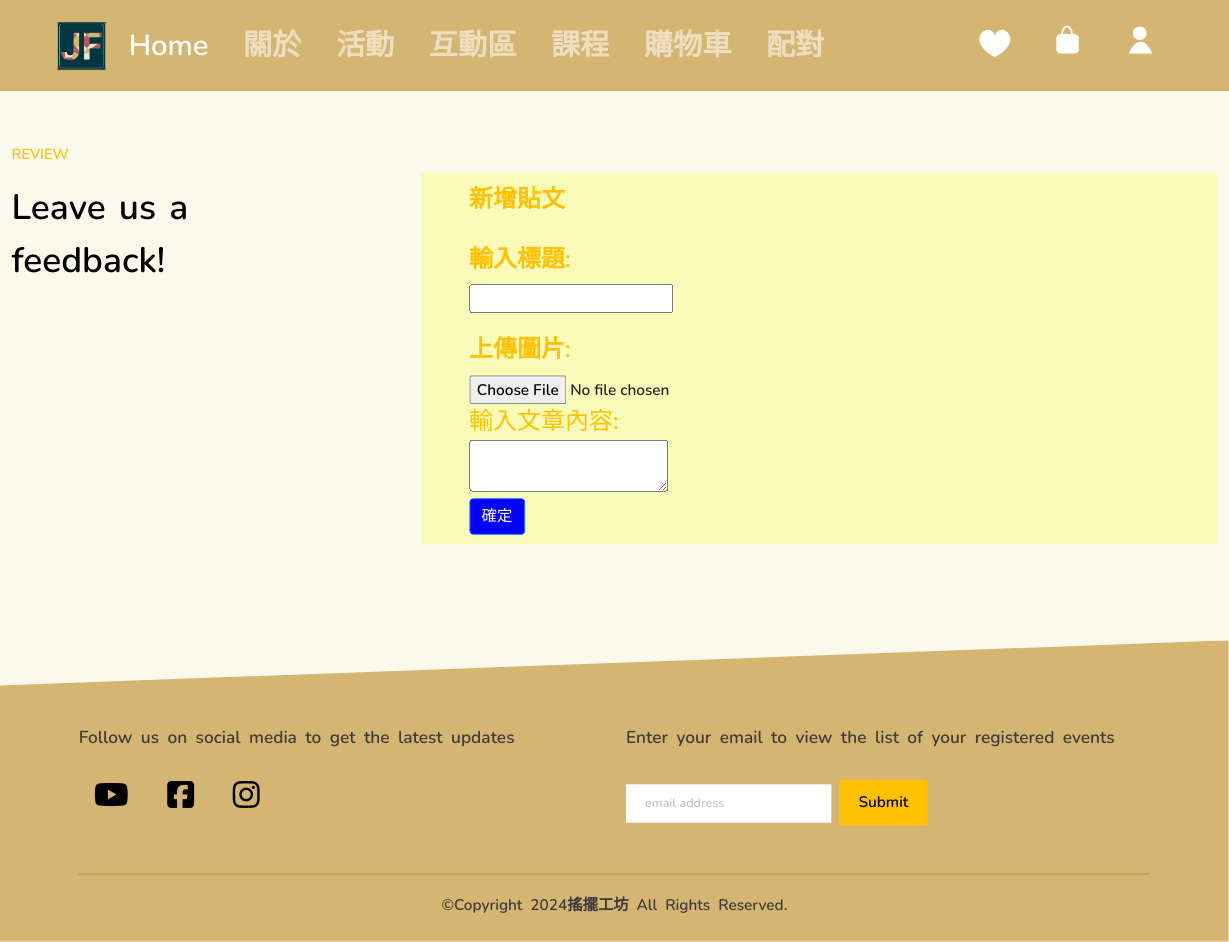
Repository: mmmooonnn0211/project
Page: workspace/demoSpringBoot-1/src/main/resources/static/html/LTInsertFront.html
The author's editor kept a copy of each file at every save. The page is drawn from the files as they stood at one save, then again after the next save.
The browser window is 1280 px wide. The pictures show the whole page, at 96% of full size.
Some web libraries are served in a nearby version.

Above is the page before, as saved 2024-05-09 11:30:15.
Console error: SyntaxError: Unexpected identifier 'tsByName'

### workspace/demoSpringBoot-1/src/main/resources/static/html/LTInsertFront.html
<!DOCTYPE html>
<html lang="en">

<head>
	<meta charset="UTF-8">
	<meta name="viewport" content="width=device-width, initial-scale=1.0">
	<style>
		.main {
			min-height: 55vh;
			/* 让 .slant 至少占据整个视口高度 */

		}
	</style>
	<!-- Bootstrap CSS -->
	<link href="https://cdn.jsdelivr.net/npm/bootstrap@5.0.0-beta3/dist/css/bootstrap.min.css" rel="stylesheet"
		integrity="sha384-eOJMYsd53ii+scO/bJGFsiCZc+5NDVN2yr8+0RDqr0Ql0h+rP48ckxlpbzKgwra6" crossorigin="anonymous">
	<script src="https://kit.fontawesome.com/4287c80df9.js" crossorigin="anonymous"></script>

	<!--Google Font : Nunito-->
	<link rel="preconnect" href="https://fonts.gstatic.com">
	<link href="https://fonts.googleapis.com/css2?family=Nunito:wght@600&display=swap" rel="stylesheet">

	<!-- For style(All CSS content) -->
	<link rel="stylesheet" type="text/css" href="../styles/home.css" />
	<link rel="stylesheet" type="text/css" href="../styles/footer.css" />
	<link rel="stylesheet" type="text/css" href="../styles/navbar.css" />
	<link rel="icon" href="images/favicon.ico">

	<!-- JS Bundle for BS  -->
	<script src="https://cdn.jsdelivr.net/npm/popper.js@1.16.1/dist/umd/popper.min.js"
		integrity="sha384-9/reFTGAW83EW2RDu2S0VKaIzap3H66lZH81PoYlFhbGU+6BZp6G7niu735Sk7lN" crossorigin="anonymous">
		</script>

</head>


<body>



	</div>
	<!-- <section> -->
	<div class="main">
		<form method="post" action=" /LTinsertFront.controller" enctype="multipart/form-data"
			onsubmit="return validateForm();">
			<div class="container-fluid" style="margin-top: 150px;">
				<div class="row" style="margin-bottom: 100px; margin-top: 100px;">
					<div class="col-md-4" style="text-align: left;">
						<p class="review">REVIEW</p>
						<p class="feedback">Leave us a <br>feedback!</p>
					</div>
					<div class="col-sm-8">
						<div class="container" id="cards" style="  background-color:rgb(250, 250, 185)">
							<div class="" style="margin: auto;">
								<div id="sugg" class="neon-yellow" style="font-weight: bold; font-size: 25px; ">新增貼文
								</div>
								<br>
								<div id="text" class="neon-yellow" style=" font-size: 25px;">輸入標題:
								</div>
								<div style="height:50px; ">
									<input id="title" name="title" style="width: auto;" ; />
								</div>
								<div id="text" class="neon-yellow" style="font-weight: bold; font-size: 25px;">上傳圖片:
								</div>
								<input type="file" id="picture" name="picture" />

								<div id="picture" class="neon-yellow" style="font-size:25px; ">
									輸入文章內容:
								</div>
								<textarea id="content" name="content"></textarea>

								<div>
									<button type="submit" class="btn btn-primary"
										style="background-color:blue">確定</button>
								</div>
							</div>
						</div>
					</div>
				</div>
			</div>
		</form>
		<div class="container text-center">

		</div>
	</div>



	<div align="center"></div>
	<div class="container">
	</div>
	<script>
		function validateForm() {
			var replypostInput = document.getElementsByName('replypost')[0].value.trim();
			var userIdInput = document.getElemen tsByName('userId')[0].value.trim();
			var LTIdInput = document.getElementsByName('LTId')[0].value.trim();

			if (replypostInput === '' || userIdInput === '' || LTIdInput === '') {
				Swal.fire({
					icon: 'warning',
					title: '請輸入完整資訊😒',
					showConfirmButton: false,
					timer: 1500
				});
				return false;
			}
			return true;
		}
	</script>

	<script>

		fetch('basic.html')
			.then(response => response.text())
			.then(html => {
				document.body.innerHTML += html;
			});

	</script>
	<script type="text/javascript" charset="utf8"
		src="https://cdn.datatables.net/1.11.5/js/jquery.dataTables.js"></script>
	<script src="https://cdn.jsdelivr.net/npm/bootstrap@5.0.0-beta3/dist/js/bootstrap.bundle.min.js"
		integrity="sha384-JEW9xMcG8R+pH31jmWH6WWP0WintQrMb4s7ZOdauHnUtxwoG2vI5DkLtS3qm9Ekf" crossorigin="anonymous">
		</script>

</body>

</html>

### workspace/demoSpringBoot-1/src/main/resources/static/styles/home.css
/* hiding vertical scroll bar from every page */
::-webkit-scrollbar {
  width: 0 !important
}




body {
  font-family: 'Nunito', sans-serif;
  background-color: #FBF8EC;
  word-spacing: 0.25rem;
}

::selection {
  color: black;
  background: #ffc100;
}

::placeholder {
  color: rgb(202, 192, 192);
}

.neon-yellow {
  color: #ffc100;
}

.working-heading {
  font-size: 2.3rem;
  font-weight: bold;
  color: black;
}


.date-style {
  font-weight: 850;
  padding: 0 0 0.3rem 0;
}

.sub-heading {
  font-size: 1.5rem;
  font-weight: 1000;
  padding: 0 0 0.3rem 0;
}

.small-subtext {
  color: black;
  font-weight: 700;
  font-size: 1rem;
}

.process-heading {
  font-weight: 1000;
  font-size: 0.95rem;
}

.eng,
.feedback,
.some {
  font-size: 2.3rem;
  font-weight: 1000;
  color: black;
}

.center-line {
  border-left: 0.58rem solid #ffc100;
  height: 110%;
  position: absolute;
  top: 0%;
  left: 0%;
}

.padding-for-mobile {
  padding: 0 1rem 2rem 4rem;
  text-align: left;
  /*background-color:  white;*/
}

.stickyy-corner {
  position: -webkit-sticky;
  position: sticky;
  top: 0;
}

.timeline-left-style {
  color: black;
  text-align: right;
  padding: 0 4rem 0 5.2rem;
}

.timeline-right-style {
  color: black;
  text-align: left;
  position: relative;
  padding: 0 5.2rem 0 4rem;
  overflow-y: hidden;
}

.d-block {
  margin-top: 2%;
  border-radius: 7px;
  border: 3px solid rgb(245, 241, 241);
  width: 100%;
}

.chess,
.review,
.event {
  color: #ffc100;
  font-weight: 850;
  font-size: 0.95rem;
}


#text {
  font-weight: 850;
  font-size: 0.75rem;
  margin-bottom: 7px;
}

#sugg {
  font-size: 1.5rem;
  font-weight: 1000;
}

#btn {
  background-color: #ffc100;
  color: rgb(0, 0, 0);
  padding: 10px 20px;
  text-align: center;
  border: none;
  border-radius: 3px;
  display: block;
  margin: auto;
  margin-top: 15px;
  font-weight: bold;
}


#box,
#msg {
  background-color: #DDDDDD;
  border-radius: 3.5px;
  border: none;
  margin-bottom: 12px;
  width: 100%;
}

#msg {
  height: 120px;
}

#box {
  height: 35px;
}

#spon {
  color: black;
  margin-top: 60px;
  display: flex;
  justify-content: space-evenly;
  align-items: center;
  font-weight: bold;
  margin-bottom: 20px;
}

.image {
  height: 100px;
}

.image3 {
  height: 250px;
  overflow-y: hidden;
}

.pic1,
.pic2 {
  font-weight: bold;
  font-size: medium;
}

.pic1 {
  margin-top: 20px;
}

.column {
  display: flex;
  flex-direction: column;
  justify-content: space-evenly;
  align-items: center;
}

.columns {
  display: flex;
  flex-direction: column;
  justify-content: center;
  align-items: flex-start;
}

.pic2 {
  color: gray;
  font-size: small;
}

.event,
.some,
.last,
.pic,
.pic1,
.pic2 {
  display: flex;
  justify-content: space-evenly;
  align-items: center;
}

.subhead {
  color: black;
  font-size: 3rem;
  overflow-y: hidden;
}

.active {
  color: #ffc100;
}

.active:hover {
  color: #ffc100;
}

p {
  color: black;
}

.title-img {
  width: 25%;
  margin-left: 8%;
  transform: rotate(10deg);
}

.hover {
  color: #ffc100;
}

.title-img3 {
  width: 25%;
  transform: rotate(-10deg);
}

.title-img2 {
  width: 35%;
  padding-right: 5%;
  padding-left: 5%;


}

.carousel-img-styles {
  border: 0.13rem solid black;
  border-radius: 1rem;
}

h1 {
  font-size: 5rem;
  line-height: 1.5;
  font-weight: 900;
}

#title {
  margin-bottom: 11rem;
}

.col-lg-3 {
  padding-left: 3rem;
}

.ex-btn {
  margin-top: 2.5rem;
  margin-bottom: 30px;
}

.carousel-container {
  width: 55%;
}

#cards {
  padding: 10px 50px;
}

.card {
  background-color: black;
  border-radius: 10px;
  /* display: block;
    margin: auto;
    font: 16px;
    width:55%; */
  padding: 30px 20px;

}

@media only screen and (max-width: 767px) {
  .small-subtext {
    font-size: 0.8rem;
  }

  .padding-for-mobile {
    padding: 0 0 4rem 2rem;
  }

  /*
  .sticky-corner {
    position: static;
  }
  */
  #cards {
    padding: 0px 20px;
  }


  .sub-heading {
    font-size: 1.3rem;
  }

  .process-heading {
    font-size: 0.85rem;
  }

  .working-heading {
    font-size: 1.5rem;
  }

  .timeline-left-style {
    padding: 0 2.5rem 0 3rem;
  }

  .timeline-right-style {
    padding: 0 3rem 0 2.5rem;
  }

  #spon {
    font-size: 1.5rem;
  }

  .some,
  .eng,
  .feedback {
    font-size: 1.5rem;
  }

  .card {
    width: 100%;
  }

  .pic {
    flex-direction: column;
  }

  .carousel-container {
    width: 85%;
  }
}

@media only screen and (max-width: 575px) {

  .title-img,
  .title-img3 {
    display: none;
  }

  .title-img2 {
    display: block;
    margin: auto;
    width: 100%;
    padding: 50px;
  }
}

@media only screen and (max-width: 375px) {


  .date-style {
    font-size: 0.8rem;
  }

  .sub-heading {
    font-size: 0.9rem;
  }

  .small-subtext {
    font-size: 0.7rem;
  }

  .timeline-left-style {
    padding: 0 1.6rem 0 2rem;
  }

  .timeline-right-style {
    padding: 0 2rem 0 2rem;
  }
}

### workspace/demoSpringBoot-1/src/main/resources/static/styles/footer.css
/*
hiding vertical scroll bar from every page
*/
::-webkit-scrollbar {
    width: 0 !important
}




.slant {
    /* width: 110%;
    background-color: #DDDDDD;
    transform: rotate(-3deg);
    height: 100px; */
    clip-path: polygon(0 15%, 100% 0, 100% 100%, 0 100%);
  }

  .container{
    margin-top: 30px;
  }

  .left, .right {
    font-size: large;
    font-weight: bold;
    margin-top: 50px;
    color: rgb(61, 59, 59);
    margin-bottom: 30px;
  }

  .below {
    background-color:#D4B572;
    position: relative;
    padding-top: 8px;
    padding-bottom: 6px;
    width: 100%;
    height: 100%;
  }

  #mail {
    border: none;
    height: 30px;
    padding: 20px;
    font-size: small;
    font-weight: bold;
  }

  #bttn {
    background-color: #ffc100;
    color: black;
    padding: 12px 20px;
    text-align: center;
    border: none;
    border-radius: 3px;
    font-weight: bold;
  }


  .fa-youtube:hover{
    color: rgb(230, 59, 59);
    transition: 0.5s;
  }

  .fa-twitter:hover, .fa-facebook-square:hover{
    color: rgba(18, 212, 212, 0.596);
    transition: 0.5s;
  }

  .fa-instagram:hover{
    color: rgb(218, 30, 61);
    transition: 0.5s;
  }

  .fa-github{
    color: rgb(43, 36, 36);
    transition: 0.5s;
  }

  .fab {
    padding: 0 1rem 0 1rem;
    font-size: 2rem;
    color: black;
  }

  .last {
    font-weight: 900;
    color: rgb(61, 59, 59);
    margin: 20px;
    display: flex;
  justify-content: space-evenly;
  align-items: center;
  }

  @media only screen and (max-width: 767px) {
    .slant{
      clip-path: polygon(0 5%, 100% 0, 100% 100%, 0 100%);
    }
  }

  @media only screen and (max-width: 375px) {
    .slant{
      clip-path: polygon(0 5%, 100% 0, 100% 100%, 0 100%);
    }
  }

### workspace/demoSpringBoot-1/src/main/resources/static/styles/navbar.css
/* 鼠標移動導覽列*/
.nav-item :hover {
  color: rgb(255, 128, 128);
  cursor: pointer;
  background-color: #B15A5E;
  border-radius: 10px;
}

.navbar a {
  color: #ff2600a2;
  border-radius: 10px;
}


.navbar {
  padding: 1rem 2rem;
  position: fixed;
  z-index: 100;
  width: 100%;
  margin: 0;
  top: 0;
  left: 0;
  background-color: #D4B572;
}

.nav-item {
  padding: 0 20px 0 0;
}

.nav-link {
  font-size: 1.9rem;
  font-weight: 900;

}


.dropdown-item,
.dropdown-menu {
  background-color: #B15A5E;
  color: #BF3F41;
  ;
  margin: 0;
}






.dropdown-menu a {
  color: white;
  ;
  text-decoration: none;
  display: block;
  text-align: left;
}

### workspace/demoSpringBoot-1/src/main/resources/static/html/basic.html
<!doctype html>
<html lang="en">

<head>
    <!-- Required meta tags -->
    <meta charset="utf-8">
    <meta name="viewport" content="width=device-width, initial-scale=1">




    <title>JFSwing</title>
</head>

<body>

    <!-- Shashank's Section -->
    <!-- <section class="title"> -->
    <!-- Navbar section -->
    <nav class="navbar navbar-expand-lg navbar-dark">
        <!-- <LOGO> -->
        <div class="container-fluid">
            <div width="50px" height="50px">
                <a class="m-3" href="index.html"> <img src="../images/LOGO.png" width="50px" height="50px"
                        alt="Eternals">
                </a>
                <button class="navbar-toggler" type="button" data-bs-toggle="collapse" data-bs-target="#navbarCollapse"
                    aria-controls="navbarCollapse" aria-expanded="false" aria-label="Toggle navigation">
                    <span class="navbar-toggler-icon"></span>
                </button>
            </div>
            <div class="collapse navbar-collapse" id="navbarCollapse">
                <ul class="navbar-nav ">
                    <li class="nav-item">
                        <a class="nav-link active" href="frontPage.html">Home </a>
                    </li>
                    <li class="nav-item">
                        <a class="nav-link" href="about.html">關於</a>
                    </li>
                    <li class="nav-item">
                        <a class="nav-link" href="EventAll.html">活動</a>
                    </li>
                    <li class="nav-item">
                        <a class="nav-link" href="/LTSelectAll2">互動區</a>
                    </li>
                    <li class="nav-item">
                        <a class="nav-link" href="contact.html">課程</a>
                    </li>
                    <li class="nav-item">
                        <a class="nav-link" href="">購物車</a>
                    </li>
                    <li class="nav-item">
                        <a class="nav-link" href="">配對</a>
                    </li>

                </ul>

            </div>

            <!-- <右上角的東西> -->
            <div class="navbar-nav justify-content-end">
                <ul class="navbar-nav">
                    <li class="nav-item">
                        <div class="m-2 rounded-circle overflow-hidden align-self-center ratio ratio-1x1"
                            style="width: 40px">
                            <img src="../images/LOVE.png" alt="" class="object-fit-cover w-100 h-100" />
                        </div>
                    </li>
                    <li class="nav-item">
                        <div class="m-2 rounded-circle overflow-hidden align-self-center ratio ratio-1x1"
                            style="width: 40px">
                            <img src="../images/SHOP.png" alt="" class="object-fit-cover w-100 h-100" />
                        </div>
                    </li>
                    <li class="nav-item">
                        <a href="#" target="_blank"
                            class="m-2 rounded-circle overflow-hidden align-self-center ratio ratio-1x1"
                            style="width: 40px; display: inline-block;">
                            <img src="../images/MAN.png" alt="Facebook" class="object-fit-cover w-100 h-100" />
                        </a>
                    </li>

                </ul>

            </div>
        </div>
    </nav>

    <!-- Title -->
    <!-- <中間> -->



    <!-- footer-->
    <div class="slant footer-content mt-auto">

        <footer class="below">
            <div class="container">
                <div class="row">
                    <div class="col-lg-6">
                        <p class="left">Follow us on social media to get the latest updates</p>
                        <a href="#"><i class="fab fa-youtube"></i></a>
                        <a href="https://www.facebook.com/apple.hi.77?mibextid=kFxxJD"><i
                                class="fab fa-facebook-square"></i></a>
                        <a href="#"><i class="fab fa-instagram"></i></a>

                    </div>
                    <div class="col-lg-6">
                        <p class="right">Enter your email to view the list of your registered events</p>
                        <input id="mail" placeholder="email address">
                        <span><button id="bttn">
                                Submit </button></span>
                    </div>
                </div>
                <hr style="margin-top: 50px;">
            </div>
            <div class="last">&copy;Copyright 2024搖擺工坊 All Rights Reserved.</div>
        </footer>

    </div>



</body>

</html>

After the next save:
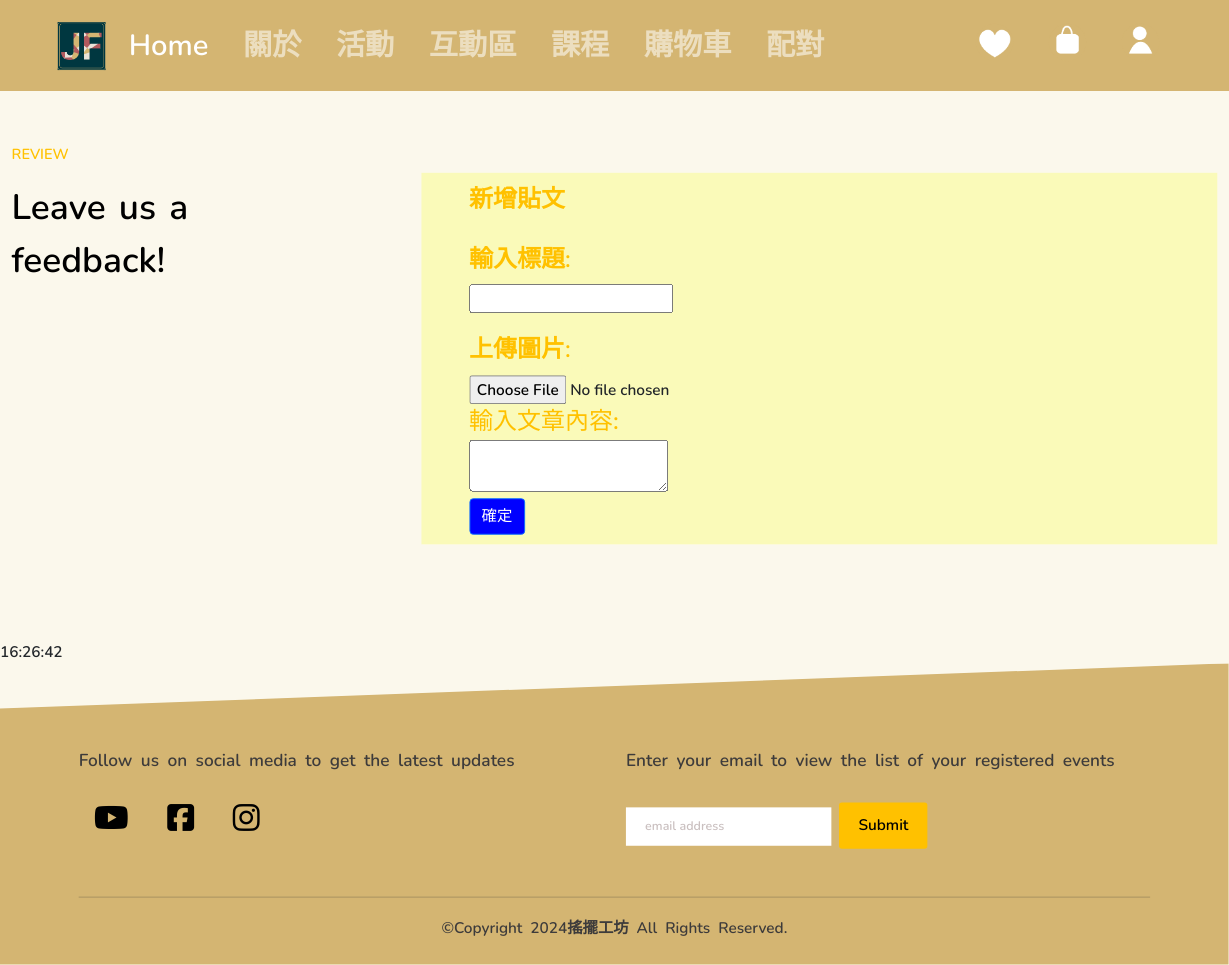
Saved 67 s later.
--- a/workspace/demoSpringBoot-1/src/main/resources/static/html/LTInsertFront.html
+++ b/workspace/demoSpringBoot-1/src/main/resources/static/html/LTInsertFront.html
@@ -117,6 +117,30 @@
 			});
 
 	</script>
+	<div id="clock"></div>
+
+	<script>
+		function updateClock() {
+			var now = new Date();
+			var hours = now.getHours();
+			var minutes = now.getMinutes();
+			var seconds = now.getSeconds();
+
+			hours = (hours < 10) ? '0' + hours : hours;
+			minutes = (minutes < 10) ? '0' + minutes : minutes;
+			seconds = (seconds < 10) ? '0' + seconds : seconds;
+
+			var timeString = hours + ':' + minutes + ':' + seconds;
+
+			document.getElementById('clock').innerHTML = timeString;
+		}
+
+		// 每秒更新一次時間
+		setInterval(updateClock, 1000);
+
+		// 初始化頁面時立即更新時間
+		updateClock();
+	</script>
 	<script type="text/javascript" charset="utf8"
 		src="https://cdn.datatables.net/1.11.5/js/jquery.dataTables.js"></script>
 	<script src="https://cdn.jsdelivr.net/npm/bootstrap@5.0.0-beta3/dist/js/bootstrap.bundle.min.js"
